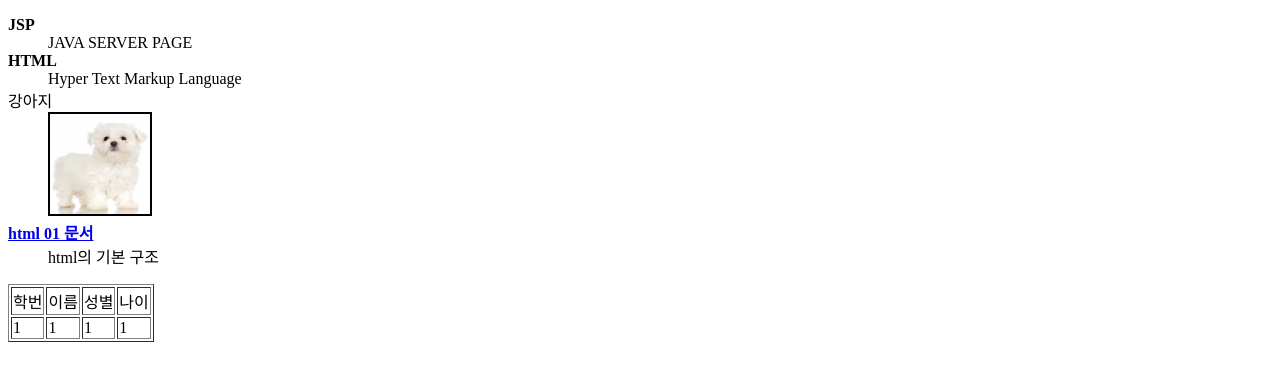
Repository: salee1023/JSP_Practice
Page: HTML_CSS_JS_practice01/src/main/webapp/html02.htm
An editor plug-in stored every save of this project. The page is shown before and after the next save, followed by the edit.
The browser window is 1280 px wide. The pictures show the whole page.

Above is the page before, as saved 2021-08-16 10:43:51.

### HTML_CSS_JS_practice01/src/main/webapp/html02.htm
<!DOCTYPE html>
<html>
<head>
<meta charset="EUC-KR">
<title>html 연습02</title>
</head>
<body>
	<dl> <!-- Dictionary List -->
		<dt><b>JSP</b></dt>
		<dd>JAVA SERVER PAGE</dd>
		<dt><strong>HTML</strong></dt>
		<dd>Hyper Text Markup Language</dd>
		<dt>강아지</dt>
		<dd><img src="img/1.PNG" width="100" height="100" border="2"></dd>

		<!-- <a> 링크를 걸때 사용하는 태그 : 특정 페이지로 이동할 수 있다. -->
		<dt><b><a href="html01.htm">html 01 문서</a></b></dt>
		<dd>html의 기본 구조</dd>
	</dl>

	<table border="1">
		<tr>
			<td>학번</td><td>이름</td><td>성별</td><td>나이</td>
		</tr>
		<tr>
			<td>1</td><td>1</td><td>1</td><td>1</td>
		</tr>
	</table>
</body>
</html>

After the next save:
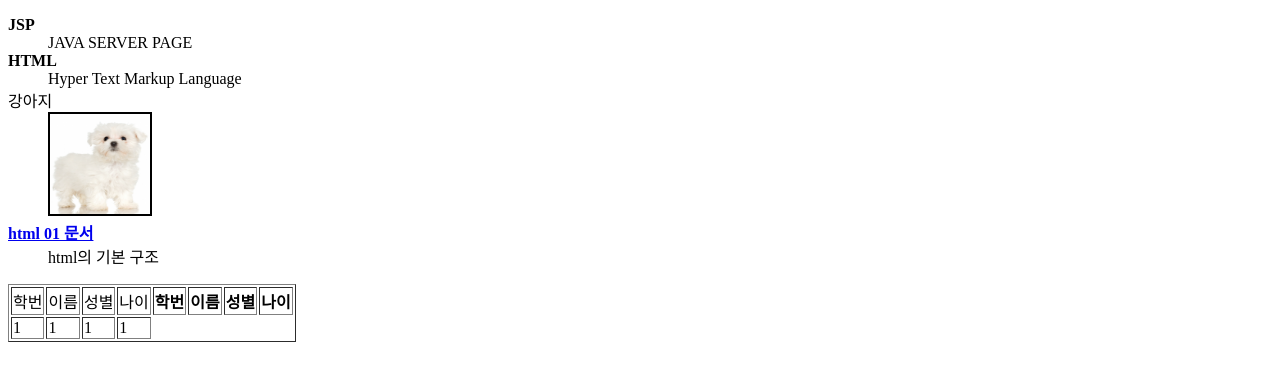
Saved 71 s later.
--- a/HTML_CSS_JS_practice01/src/main/webapp/html02.htm
+++ b/HTML_CSS_JS_practice01/src/main/webapp/html02.htm
@@ -19,8 +19,9 @@
 	</dl>
 
 	<table border="1">
-		<tr>
+		<tr> <!-- 행 -->
 			<td>학번</td><td>이름</td><td>성별</td><td>나이</td>
+			<th>학번</th><th>이름</th><th>성별</th><th>나이</th>
 		</tr>
 		<tr>
 			<td>1</td><td>1</td><td>1</td><td>1</td>
